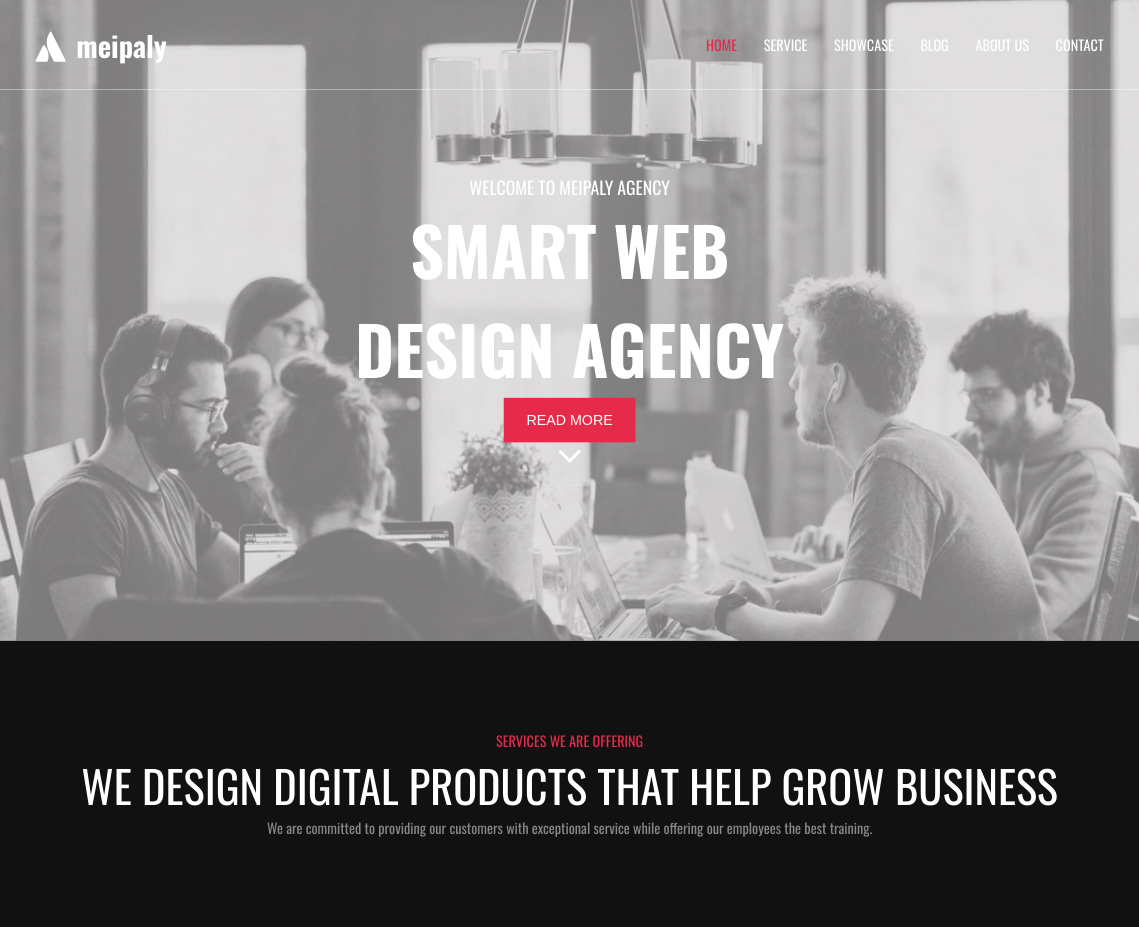
Repository: trminhphuc1504/meipaly
Page: meipaly.html
These files come from the project's save history. The page is drawn as it stood at one moment and after the next save; the edit follows.
The browser window is 1280 px wide. The pictures show the whole page, at 89% of full size.
Some web libraries are served in a nearby version.

Above is the page before, as saved 2024-08-18 23:56:22.

### meipaly.html
<!DOCTYPE html>
<html lang="en">
  <head>
    <meta charset="UTF-8" />
    <meta http-equiv="X-UA-Compatible" content="IE=edge" />
    <meta name="viewport" content="width=device-width, initial-scale=1.0" />
    <title>Meipaly</title>
    <!-- link logo -->
    <link
      rel="stylesheet"
      href="https://cdnjs.cloudflare.com/ajax/libs/font-awesome/6.6.0/css/all.min.css"
    />
    <!-- google-font -->
    <link rel="preconnect" href="https://fonts.googleapis.com" />
    <link rel="preconnect" href="https://fonts.gstatic.com" crossorigin />
    <link
      href="https://fonts.googleapis.com/css2?family=Oswald:wght@200..700&display=swap"
      rel="stylesheet"
    />
    <!-- link css -->
    <link rel="stylesheet" href="css/meipaly.css" />
  </head>
  <body>
    <!-- header -->
    <section id="header">
      <div class="container">
        <header>
          <div class="header-logo">
            <i class="fa-brands fa-atlassian"></i> <span>meipaly </span>
          </div>
          <nav class="header-nav">
            <ul>
              <li><a class="active" href="">HOME</a></li>
              <li><a href="">SERVICE</a></li>
              <li><a href="">SHOWCASE</a></li>
              <li><a href="">BLOG</a></li>
              <li><a href="">ABOUT US</a></li>
              <li><a href="">CONTACT</a></li>
            </ul>
          </nav>
        </header>
      </div>
    </section>
    <!-- banner -->
    <section id="banner">
      <div class="banner-content">
        <p class="banner-desc">WELCOME TO MEIPALY AGENCY</p>
        <h1 class="banner-title">SMART WEB DESIGN AGENCY</h1>
        <button class="banner-btn">Read More</button>
        <i class="fa-solid fa-chevron-down banner-icon"></i>
      </div>
    </section>

    <!-- Carousel -->
    <section id="carousel">
      <div class="container">
        <div class="carousel-content">
          <div class="carousel-sub-title">SERVICES WE ARE OFFERING</div>
          <h2 class="carousel-title">
            WE DESIGN DIGITAL PRODUCTS THAT HELP GROW BUSINESS
          </h2>
          <p class="carousel-desc">
            We are committed to providing our customers with exceptional service
            while offering our employees the best training.
          </p>
          <div class="carousel-slider"></div>
        </div>
      </div>
    </section>
  </body>
</html>

### css/meipaly.css
/* reset css */
* {
margin: 0;
padding: 0;
box-sizing: border-box;
}

/* reset gạch chân mặc định của thẻ a  */
a{
    text-decoration: none;
}
html{
    font-family: "Oswald", sans-serif;
}

.container{
    max-width: 1200px;
    margin: auto;
    /* background: blue; */
}

/* --------------Header-------------- */
header{
    display: flex;
    justify-content: space-between;
    height: 100px;
    align-items: center;
}

#header{
    position: absolute;
    width: 100%;
    left: 0;
    top:0;
    border-bottom:1px solid rgba(255, 255, 255, 0.4);
}

header .header-logo{
    /* thay đổi hình dạng của con trỏ chuột */
    cursor:pointer ;
}

/* selector chọn những thẻ có class là header-logo nằm trong thẻ header */
header .header-logo span{
 font-size:32px;
 font-weight: 700;
 color:#fff;
 margin-left:  8px;
}

header .header-logo i{
    font-size:34px;
    color: #fff;
}

header .header-nav a{
    text-decoration: none;
    text-transform: uppercase;
    color: #fff;
    /* Xác định thuộc tính thay đổi */
    /* transition: all; */

    /* Thời gian thực hiện chuyển động thay đổi */
    /* transition-duration: 0.3s; */

    /* Hiệu ứng thay đổi */
    /* transition-timing-function: ease-in-out; */

    /* Cú pháp rút gọn */
    transition: all 0.3s ease-in-out;
}
/* hover: bắt sự kiện khi rê chuột vào thẻ a */
header .header-nav a:hover{
color: #e62b4a;
}
/* C1 */
/* header .header-nav li {
    display: inline;
    margin: 30px;
} */

/* C2: Sử dụng flex */
header .header-nav ul{
    /* bỏ đi đánh dấu của thẻ ul li */
    list-style: none;
    display: flex;
    /* chỉnh khoảng cách giữa các flex items */
    gap: 30px;
}
/* C1: thêm class active vào thẻ a ở file html */
/* Seclector tới thẻ a có class active nằm trong header-nav và trong header */
header .header-nav a.active{
    color: #e62b4a;
}

/* C2 */
/* Selector tới thẻ a trong thẻ con li đầu tiên của thẻ ul */
/* nth-child():lựa chọn tới thẻ con bất kì */
/* header .header-nav ul li:first-child{
    color: #e62b4a;
} */

#banner{
        /* Dùng hình ảnh để làm hình nền  */
        background:url(../img/home_slider.jpg);
        /*Tránh trường hợp lặp lại hình*/
        background-repeat: no-repeat;
        /* Chỉnh kích thước của hình nền */
        /* cover:chiếm hết toàn bộ kích thước của thẻ cha */
        /* contain: Giữ nguyên kích thước của hình*/
        background-size: cover;
        /* Chỉnh sửa vị trí của hình background */
        background-position: center;

        /* Cú pháp viết gọn */
        /* background:url(../img/home_slider.jpg) no-repeat center / cover; */
}



/* Banner */
/* Căn giữa nội dụng */
/* C1: flex box */
#banner .banner-content{
    display: flex;
    flex-direction: column;
    justify-content: center;
    align-items: center;
    height:100vh;
}

#banner .banner-content .banner-icon{
    color:#fff;
    font-size: 28px;

    /* Tên của animation đang muốn áp dụng vào */
    animation-name: fadeDown;

    /* Kiểu chuyển động của animation */
    animation-timing-function: linear;

    /* Thời gian thực hiện của animation */
    animation-duration: 1s;

    animation-fill-mode: both;

    /* Thời gian chờ trước khi animation đc thực hiện */
    animation-delay: 1s;

    /* Số lần animation đc thực hiện */
    animation-iteration-count: infinite;


    /* Cú pháp rút gọn: */
    /* animation:fadeDown 1s linear infinite; */
}

/* C2:Position */
/* #banner{
    position: relative;
} */

/* #banner .banner-content{
    position: absolute;
    top:50%;
    left:50%;
    transform: translate(-50%,-50%);
    margin-top:79px;
    text-align: center;
    background-color: #111;
} */

#banner .banner-content .banner-desc{
    color: white;
    font-size: 20px;

}

#banner .banner-content .banner-title{
    color: white;
    font-size: 75px;
    max-width: 500px;
    text-align: center;
}



#banner .banner-content .banner-btn{
    background-color: rgb(230, 43, 74);
    padding: 14px 24px;
    text-transform: uppercase;
    color: #fff;
    font-size: 16px;
    font-weight: 400;
    cursor: pointer;
    outline: none;
    border: 2px solid transparent;
    transition: all 0.3s ease-in-out;
}

#banner .banner-content .banner-btn:hover{
    /* Giá trị cuối cùng (alpha) từ 0-1 giá trị càng nhỏ thì càng đậm */
    /* background-color: rgb(230, 43, 74); */
    background: rgb(230, 43, 74 ,0.6);
}

/* Tạo animation */
/* @keyframe */
@keyframes fadeDown {
    from{
        /* thuộc tính của trang thái bắt đầu */
        opacity: 1;
        transform: translateY(0);
    }
    to{
        /* thuộc tính ở trạng thái khết thúc */
        opacity: 0;
        transform: translateY(50px);
    }
}


/* Carousel */
#carousel{
    padding: 100px 80px;
    background-color:#111;
}

#carousel .carousel-content {
    text-align: center;

}

#carousel .carousel-content .carousel-sub-title{
    color:#e62b4a
}

#carousel .carousel-content .carousel-title{
    font-size: 50px;
    font-weight: 400;
    color:#fff;
}

#carousel .carousel-content .carousel-desc{
    font-size: 16px;
    color: #888;
}

After the next save:
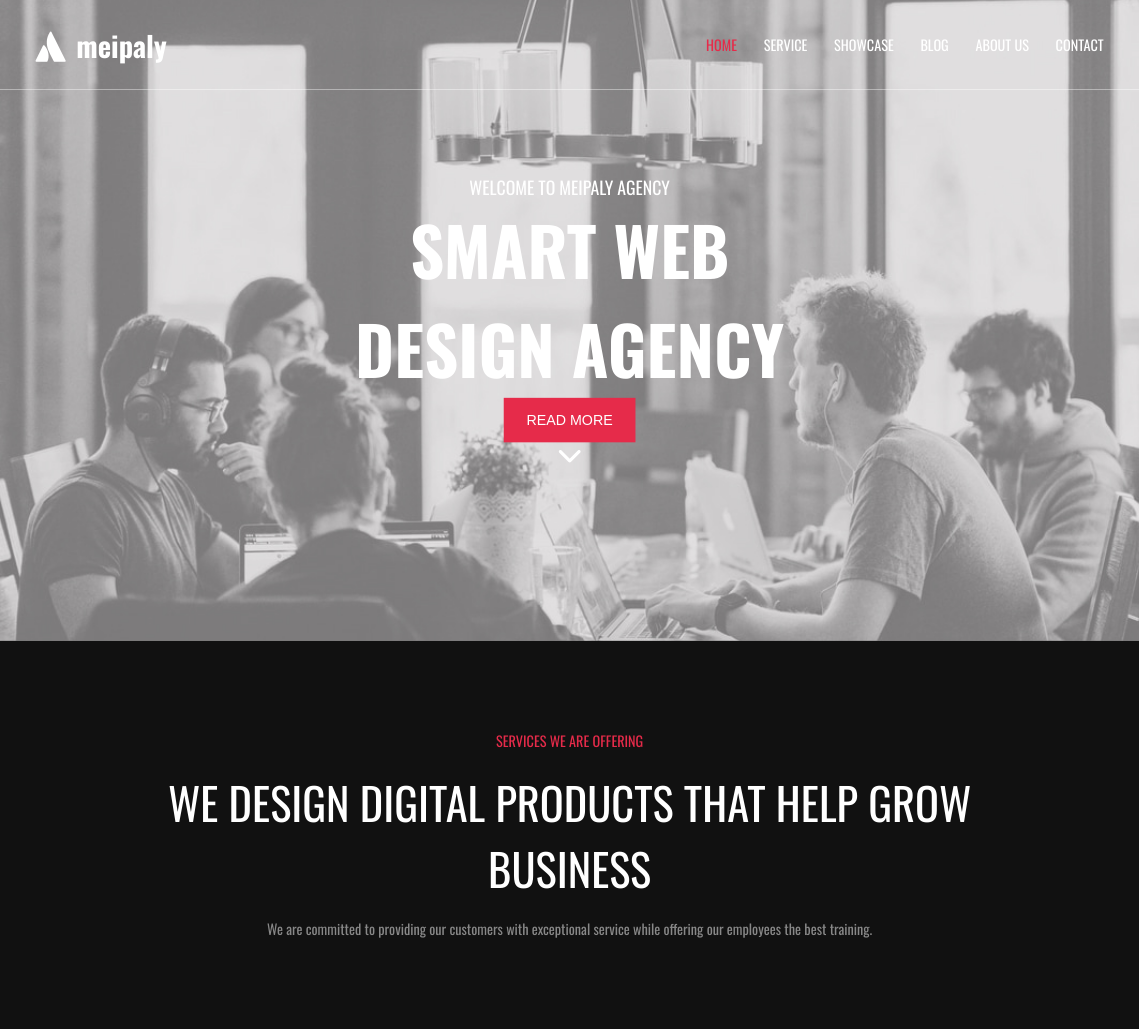
Saved 19 s later.
--- a/css/meipaly.css
+++ b/css/meipaly.css
@@ -239,6 +239,7 @@
     font-size: 50px;
     font-weight: 400;
     color:#fff;
+    padding: 20px 60px;
 }
 
 #carousel .carousel-content .carousel-desc{
